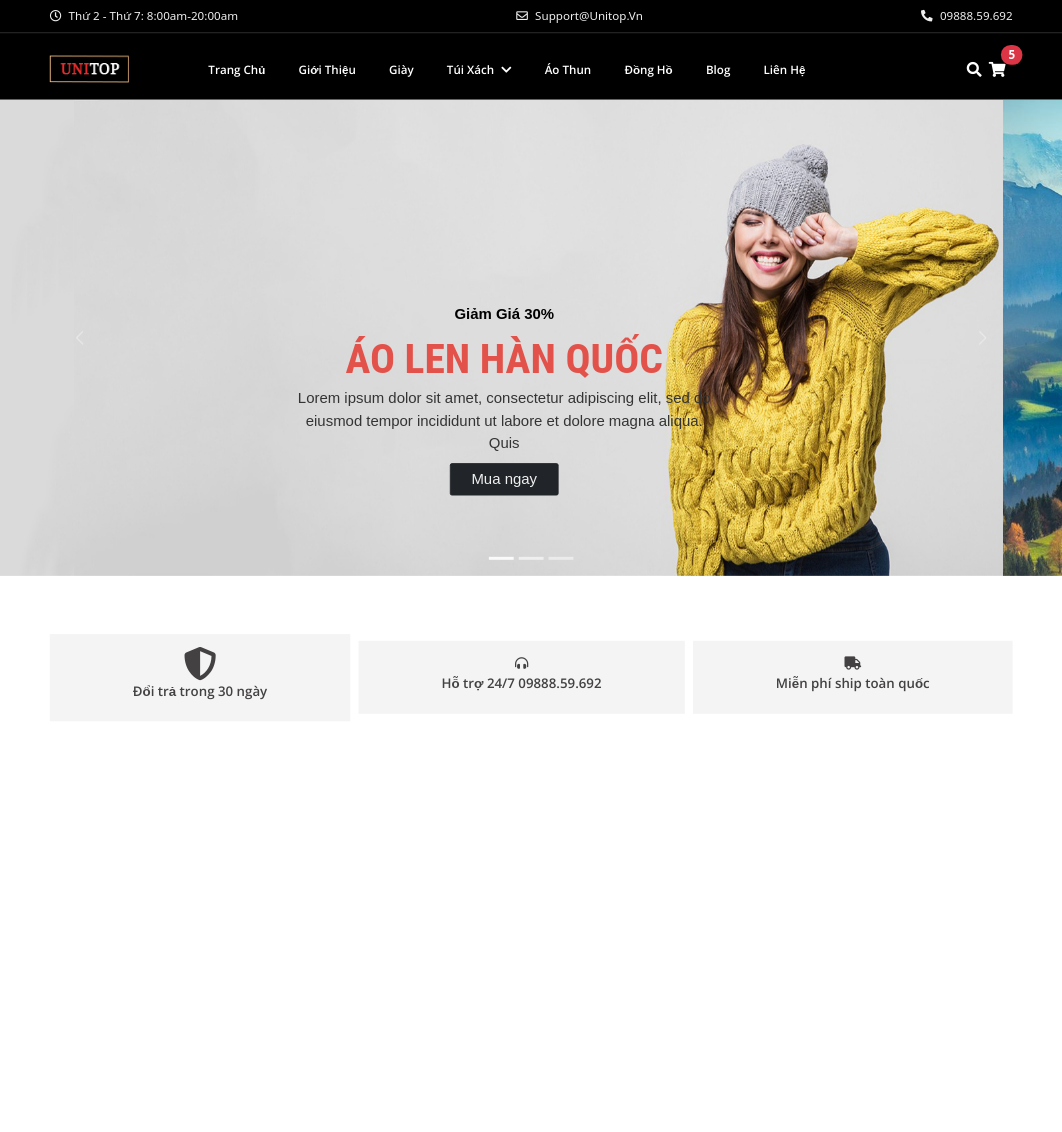
Repository: vinhtk0209/clothes-shop
Page: index.html
An editor plug-in stored every save of this project. The page is shown before and after the next save, followed by the edit.
The browser window is 1280 px wide. The pictures show the whole page, at 83% of full size.

Above is the page before, as saved 2021-10-04 17:30:01.

### index.html
<!DOCTYPE html>
<html lang="en">
  <head>
    <meta charset="UTF-8" />
    <meta http-equiv="X-UA-Compatible" content="IE=edge" />
    <meta name="viewport" content="width=device-width, initial-scale=1.0" />
    <title>UNI-SHOP</title>
    <link rel="stylesheet" href="assets/css/reset.css" />
    <link rel="stylesheet" href="assets/fontawesome/css/all.css" />
    <link rel="stylesheet" href=" assets/boostrap/css/bootstrap.min.css" />
    <link rel="preconnect" href="https://fonts.googleapis.com" />
    <link rel="preconnect" href="https://fonts.gstatic.com" crossorigin />
    <link
      href="https://fonts.googleapis.com/css2?family=Open+Sans:wght@400;600;700&display=swap"
      rel="stylesheet"
    />
    <script src="assets/js/jquery.min.js"></script>
    <link rel="stylesheet" href="assets/css/main.css" />
  </head>
  <body>
    <div id="wrapper">
      <div id="header">

          <div class="header-info">
            <div class="container-1160">
            <ul
              class="
                list-info list-unstyled
                d-flex
                justify-content-between
                align-items-center
              "
            >
              <li>
                <p class="header-descr time-contact">
                  <span class="icon-time">
                    <!-- icon time -->
                    <i class="far fa-clock"></i>
                  </span>
                  <span class="descr-time ps-2 descr"
                    >thứ 2 - thứ 7: 8:00am-20:00am</span
                  >
                </p>
              </li>
              <li>
                <p class="header-descr email-contact">
                  <span class="icon-email">
                    <!-- icon email -->
                    <i class="far fa-envelope"></i>
                  </span>
                  <span class="descr-email ps-2 descr"> support@unitop.vn </span>
                </p>
              </li>
              <li>
                <p class="header-descr phone-number">
                  <span class="icon-phone">
                    <!-- icon phone -->
                    <i class="fas fa-phone-alt"></i>
                  </span>
                  <span class="descr-phone ps-2 descr"> 09888.59.692 </span>
                </p>
              </li>
            </ul>
          </div>
          </div>
          <!-- END HEADER-INFO -->
          <div
            class="header-menu d-flex align-items-center container-1160"

          >

            <div class="header-menu-logo mr-95">
              <a href="" class="logo-link">
                <img src="assets/images/logo.png" alt="logo" />
              </a>
            </div>
            <div class="header-menu-list ">
              <ul
                class="
                  list-menu
                  d-flex

                  align-items-center list-unstyled
                "
              >
                <li>
                  <a href="" class="list-name text-decoration-none">Trang chủ</a>
                </li>
                <li>
                  <a href="" class="list-name text-decoration-none">Giới thiệu</a>
                </li>
                <li>
                  <a href="" class="list-name text-decoration-none">Giày</a>
                </li>
                <li class="position-relative list-product">
                  <a href="" class="list-name text-decoration-none "
                    >Túi xách
                    <span class="icon-arrow-down ps-2">
                      <!-- icon arrow down -->
                      <i class="fas fa-chevron-down"></i>
                    </span></a
                  >

                  <ul class="sub-menu list-unstyled position-absolute  bg-submenu ">

                    <li>
                      <a href="" class="text-decoration-none color-submenu ">
                        túi xách tay nữ
                      </a>
                    </li>
                    <li>
                      <a href="" class="text-decoration-none  color-submenu">
                        túi đeo chéo nữ
                      </a>
                    </li>
                    <li>
                      <a href="" class="text-decoration-none color-submenu">
                        túi bản to
                      </a>
                    </li>
                    <li>
                      <a href="" class="text-decoration-none color-submenu">
                        túi đeo vai
                      </a>
                    </li>
                  </ul>
                </li>
                <li>
                  <a href="" class="list-name text-decoration-none">áo thun</a>
                </li>
                <li>
                  <a href="" class="list-name text-decoration-none">đồng hồ</a>
                </li>
                <li>
                  <a href="" class="list-name text-decoration-none">blog</a>
                </li>
                <li>
                  <a href="" class="list-name text-decoration-none">liên hệ</a>
                </li>
              </ul>
            </div>
            <!-- END MENU-LIST -->
            <div
              class="
                header-menu-function
                d-flex
                justify-content-between
                align-items-center
                ms-auto
              "
            >
              <div class="icon-search text-white ">
                <span class="search fs-18">
                  <!-- icon search -->
                  <span><i class="fas fa-search"></i></span>
                </span>
              </div>
              <div class="icon-cart">
                <a
                  href=""
                  class="btn text-white position-relative"
                >
                  <span class="fs-18">
                    <!-- icon cart  -->
                    <i class="fas fa-shopping-cart"></i>
                  </span>
                  <span
                    class="
                      position-absolute
                      top-0
                      start-100
                      translate-middle
                      badge
                      rounded-pill
                      bg-danger
                      fs-14
                    "
                  >
                    5
                  </span>
                </a>
              </div>
            </div>
          </div>
          <!-- END HEADER MENU -->
        </div>
      </div>
      <div id="slide" class="slide">
        <div id="carouselExampleIndicators" class="carousel slide" data-bs-ride="carousel">
          <div class="carousel-indicators">
            <button type="button" data-bs-target="#carouselExampleIndicators" data-bs-slide-to="0" class="active bg-btn-slide" aria-current="true" aria-label="Slide 1"></button>
            <button type="button" data-bs-target="#carouselExampleIndicators" data-bs-slide-to="1" aria-label="Slide 2 "
            class="bg-btn-slide"></button>
            <button type="button" data-bs-target="#carouselExampleIndicators" data-bs-slide-to="2" aria-label="Slide 3"
            class="bg-btn-slide"></button>
          </div>
          <div class="carousel-inner">
            <div class="carousel-item active">
              <img src="assets/images/slide-1.png" class="d-block w-100" alt="...">
            </div>
            <div class="carousel-item">
              <img src="assets/images/slide-2.jpg" class="d-block w-100" alt="...">
            </div>
            <div class="carousel-item">
              <img src="assets/images/slide-3.png" class="d-block w-100" alt="...">
            </div>
          </div>
          <button class="carousel-control-prev" type="button" data-bs-target="#carouselExampleIndicators" data-bs-slide="prev">
            <span class="carousel-control-prev-icon" aria-hidden="true"></span>
            <span class="visually-hidden">Previous</span>
          </button>
          <button class="carousel-control-next" type="button" data-bs-target="#carouselExampleIndicators" data-bs-slide="next">
            <span class="carousel-control-next-icon" aria-hidden="true"></span>
            <span class="visually-hidden">Next</span>
          </button>
        </div>
        <!-- CARD INFO -->
          <div class="card-img-overlay card-descr text-center">
            <p class="discount fs-18 fw-bold color-p-card-discount">Giảm Giá 30%</p>
            <h4 class="product-name fw-bold">
              ÁO LEN HÀN QUỐC
            </h4>
            <p class="descr fs-18 color-p-card-descr fw-regular   ">
              Lorem ipsum dolor sit amet, consectetur adipiscing elit, sed do eiusmod tempor incididunt ut labore et dolore magna aliqua. Quis
            </p>
            <button type="button" class="btn btn-dark btn-buynow fs-18 text-button fw-regular pd-btn">Mua ngay</button>
          </div>
      </div>
      <!-- END SLIDE -->
      <div id="special-offer " class="special-offer pd-bottom-75" >
        <div class="container-1160 d-flex justify-content-between align-items-center text-center">
          <div class="return-time box-offer">
            <span class="icon-return-time d-block ">
              <!-- icon return  -->
              <i class="fas fa-shield-alt fs-40"></i>
            </span>
            <p class="special__offer--descr m-0 ">
              Đổi trả trong 30 ngày
            </p>
          </div>
          <!-- END RETURN TIME -->
          <div class="special__offer--support-phone box-offer">
            <span class="icon-return-time d-block ">
              <!-- icon headphone  -->
              <i class="fas fa-headphones-alt"></i>

            </span>
            <p class="special__offer--descr m-0 ">
              Hỗ trợ 24/7 09888.59.692
            </p>
          </div>
          <!-- END SUPPORT PHONE -->
          <div class="special__offer--freeship box-offer">
            <span class="icon-return-time d-block ">
              <!-- icon truck  -->
              <i class="fas fa-truck"></i>
            </span>
            <p class="special__offer--descr m-0 ">
              Miễn phí ship toàn quốc
            </p>
          </div>
          <!-- END FREESHIP -->
        </div>
      </div>
      <!-- END SPECIAL OFFER -->
      <!-- END HEADER -->
      <div id="content">

      </div>
      <!-- END CONTENT -->
      <div id="footer"></div>
      <!-- END FOOTER -->
    </div>
    <!-- END WRAPPER -->
    <script src="assets/js/bootstrap.bundle.min.js"></script>
    <script src="assets/js/popper.min.js"></script>
  </body>
</html>

### assets/css/reset.css
/*
 * Bootstrap Reboot v4.3.1 (https://getbootstrap.com/)
 * Copyright 2011-2019 The Bootstrap Authors
 * Copyright 2011-2019 Twitter, Inc.
 * Licensed under MIT (https://github.com/twbs/bootstrap/blob/master/LICENSE)
 * Forked from Normalize.css, licensed MIT (https://github.com/necolas/normalize.css/blob/master/LICENSE.md)
 */

*,
*::before,
*::after {
    box-sizing: border-box;
}

html {
    font-family: sans-serif;
    line-height: 1.15;
    -webkit-text-size-adjust: 100%;
    -webkit-tap-highlight-color: rgba(0, 0, 0, 0);
}

article,
aside,
figcaption,
figure,
footer,
header,
hgroup,
main,
nav,
section {
    display: block;
}

body {
    margin: 0;
    font-family: -apple-system, BlinkMacSystemFont, "Segoe UI", Roboto, "Helvetica Neue", Arial, "Noto Sans", sans-serif, "Apple Color Emoji", "Segoe UI Emoji", "Segoe UI Symbol", "Noto Color Emoji";
    font-size: 1rem;
    font-weight: 400;
    line-height: 1.5;
    color: #212529;
    text-align: left;
    background-color: #fff;
}

[tabindex="-1"]:focus {
    outline: 0 !important;
}

hr {
    box-sizing: content-box;
    height: 0;
    overflow: visible;
}

h1,
h2,
h3,
h4,
h5,
h6 {
    margin-top: 0;
    margin-bottom: 0.5rem;
}

p {
    margin-top: 0;
    margin-bottom: 1rem;
}

abbr[title],
abbr[data-original-title] {
    text-decoration: underline;
    -webkit-text-decoration: underline dotted;
    text-decoration: underline dotted;
    cursor: help;
    border-bottom: 0;
    -webkit-text-decoration-skip-ink: none;
    text-decoration-skip-ink: none;
}

address {
    margin-bottom: 1rem;
    font-style: normal;
    line-height: inherit;
}

ol,
ul,
dl {
    margin-top: 0;
    margin-bottom: 1rem;
}

ol ol,
ul ul,
ol ul,
ul ol {
    margin-bottom: 0;
}

dt {
    font-weight: 700;
}

dd {
    margin-bottom: .5rem;
    margin-left: 0;
}

blockquote {
    margin: 0 0 1rem;
}

b,
strong {
    font-weight: bolder;
}

small {
    font-size: 80%;
}

sub,
sup {
    position: relative;
    font-size: 75%;
    line-height: 0;
    vertical-align: baseline;
}

sub {
    bottom: -.25em;
}

sup {
    top: -.5em;
}

a {
    color: #007bff;
    text-decoration: none;
    background-color: transparent;
}

a:hover {
    color: #0056b3;
    text-decoration: underline;
}

a:not([href]):not([tabindex]) {
    color: inherit;
    text-decoration: none;
}

a:not([href]):not([tabindex]):hover,
a:not([href]):not([tabindex]):focus {
    color: inherit;
    text-decoration: none;
}

a:not([href]):not([tabindex]):focus {
    outline: 0;
}

pre,
code,
kbd,
samp {
    font-family: SFMono-Regular, Menlo, Monaco, Consolas, "Liberation Mono", "Courier New", monospace;
    font-size: 1em;
}

pre {
    margin-top: 0;
    margin-bottom: 1rem;
    overflow: auto;
}

figure {
    margin: 0 0 1rem;
}

img {
    vertical-align: middle;
    border-style: none;
}

svg {
    overflow: hidden;
    vertical-align: middle;
}

table {
    border-collapse: collapse;
}

caption {
    padding-top: 0.75rem;
    padding-bottom: 0.75rem;
    color: #6c757d;
    text-align: left;
    caption-side: bottom;
}

th {
    text-align: inherit;
}

label {
    display: inline-block;
    margin-bottom: 0.5rem;
}

button {
    border-radius: 0;
}

button:focus {
    outline: 1px dotted;
    outline: 5px auto -webkit-focus-ring-color;
}

input,
button,
select,
optgroup,
textarea {
    margin: 0;
    font-family: inherit;
    font-size: inherit;
    line-height: inherit;
}

button,
input {
    overflow: visible;
}

button,
select {
    text-transform: none;
}

select {
    word-wrap: normal;
}

button,
[type="button"],
[type="reset"],
[type="submit"] {
    -webkit-appearance: button;
}

button:not(:disabled),
[type="button"]:not(:disabled),
[type="reset"]:not(:disabled),
[type="submit"]:not(:disabled) {
    cursor: pointer;
}

button::-moz-focus-inner,
[type="button"]::-moz-focus-inner,
[type="reset"]::-moz-focus-inner,
[type="submit"]::-moz-focus-inner {
    padding: 0;
    border-style: none;
}

input[type="radio"],
input[type="checkbox"] {
    box-sizing: border-box;
    padding: 0;
}

input[type="date"],
input[type="time"],
input[type="datetime-local"],
input[type="month"] {
    -webkit-appearance: listbox;
}

textarea {
    overflow: auto;
    resize: vertical;
}

fieldset {
    min-width: 0;
    padding: 0;
    margin: 0;
    border: 0;
}

legend {
    display: block;
    width: 100%;
    max-width: 100%;
    padding: 0;
    margin-bottom: .5rem;
    font-size: 1.5rem;
    line-height: inherit;
    color: inherit;
    white-space: normal;
}

progress {
    vertical-align: baseline;
}

[type="number"]::-webkit-inner-spin-button,
[type="number"]::-webkit-outer-spin-button {
    height: auto;
}

[type="search"] {
    outline-offset: -2px;
    -webkit-appearance: none;
}

[type="search"]::-webkit-search-decoration {
    -webkit-appearance: none;
}

::-webkit-file-upload-button {
    font: inherit;
    -webkit-appearance: button;
}

output {
    display: inline-block;
}

summary {
    display: list-item;
    cursor: pointer;
}

template {
    display: none;
}

[hidden] {
    display: none !important;
}


/*# sourceMappingURL=bootstrap-reboot.css.map */

### assets/css/main.css
* {
    margin: 0;
    padding: 0;
    box-sizing: inherit;
}
html{
    font-family: 'Open Sans', sans-serif;
    font-size: 62.5%;
    line-height: 1.5;
    box-sizing: border-box;
}
.container-1160 {
    width: 1160px;
    margin:0px auto;
}
ul{
    margin: 0;
    padding: 0;
}
.mr-95{
    margin-right:95px;
}
.outline-none{
    outline: none!important;
}
.fs-14{
    font-size: 14px;
}
.fs-18{
    font-size: 18px;
}
.fs-40{
    font-size: 40px;
}
.bg-submenu{
    background-color: #f9f9f9;
}
.color-submenu{
    color: #5c5b5b ;
}
.color-p-card-discount{
    color:#000000;
}
.color-p-card-descr{
    color:#343434;
}
.text-button{
    color:#efefef;
}
.fw-regular{
    font-weight: 400;
}
.pd-btn{
    padding:5px 25px;
}
.pd-bottom-75{
    padding-bottom: 75px;
}
.bg-btn-slide:hover{
    background-color: #e2524a!important ;
}
.fw-semibold{
    font-weight: 600;
}

/* =========================== HEADER ===========================*/
#header {
    min-height: 120px;
    background-color: #000000;
    padding: 8px 0px 0px 0px;
    text-transform: capitalize;
}
.header-info{

    color:#eeeeee;
    font-weight: 400 ;
    font-size: 1.4rem;
    border-bottom:1px solid #363636;
    margin-bottom: 25px;
}

.header-menu-list ul.list-menu > li + li{
    padding-left:40px;

}
.header-menu-list ul li a.list-name{
    font-size: 1.4rem;
    color:#ffffff;
    font-weight:600 ;
    font-family: 'Open Sans', sans-serif;
    transition: all 0.5s ease-in-out;
}
.header-menu-list ul li a.list-name:hover{
    color:#e2524a ;
}
ul.list-menu li:hover>ul.sub-menu{
    opacity: 1;
    visibility: visible;
    z-index: 9999;
}
ul.sub-menu {
   /* padding:0px; */
   min-width: 200px;
   min-height: 133px;
   padding:18px 0 20px 0;
   box-sizing: border-box;
   top:50px;
   opacity: 0;
   visibility: hidden;
   transition: all 0.5s ease-in-out;

}

ul.sub-menu li{
    padding-left:25px;
    /* chinh lai padding  */
}
ul.sub-menu li a{
    font-family: 'Roboto Condensed', sans-serif;
    display: block;
    font-weight: 400;
    font-size: 1.4rem;
    margin-bottom: 10px;
    transition: all 0.5s ease-in-out;
}

ul.sub-menu li a:hover{
    color:#e2524a ;
}

/* ======================= END HEADER =======================*/

/* ======================= SLIDER =======================*/
.slide{
    /* height:700px; */
    position: relative;
    margin-bottom: 70px;
}
.card-descr{
    position: absolute;
    top:235px;
    left:340px;
    max-width:535px;
    min-height:285px;
    font-family: "Myriad Pro", sans-serif;
}

.card-descr h4.product-name{
    font-size: 5rem;
    font-family: 'Roboto Condensed', sans-serif;
    color:#e2524a;
}
/* ======================= END SLIDER =======================*/

/* ======================= SPECIAL OFFER =======================*/
.special-offer{
    height:600px;

}
.box-offer{
    background-color: #f4f4f4;
    padding:  15px  100px  25px  ;
    font-size: 1.6rem;
    color:#434141;
    font-weight: 600;
    font-family: 'Open Sans', sans-serif;
}
.box-offer:hover{
    color:#e2524a;

}

Loaded but not shown: assets/fontawesome/css/all.css (library); assets/boostrap/css/bootstrap.min.css (library); assets/js/jquery.min.js (library); assets/js/bootstrap.bundle.min.js (library); assets/js/popper.min.js (library)

After the next save:
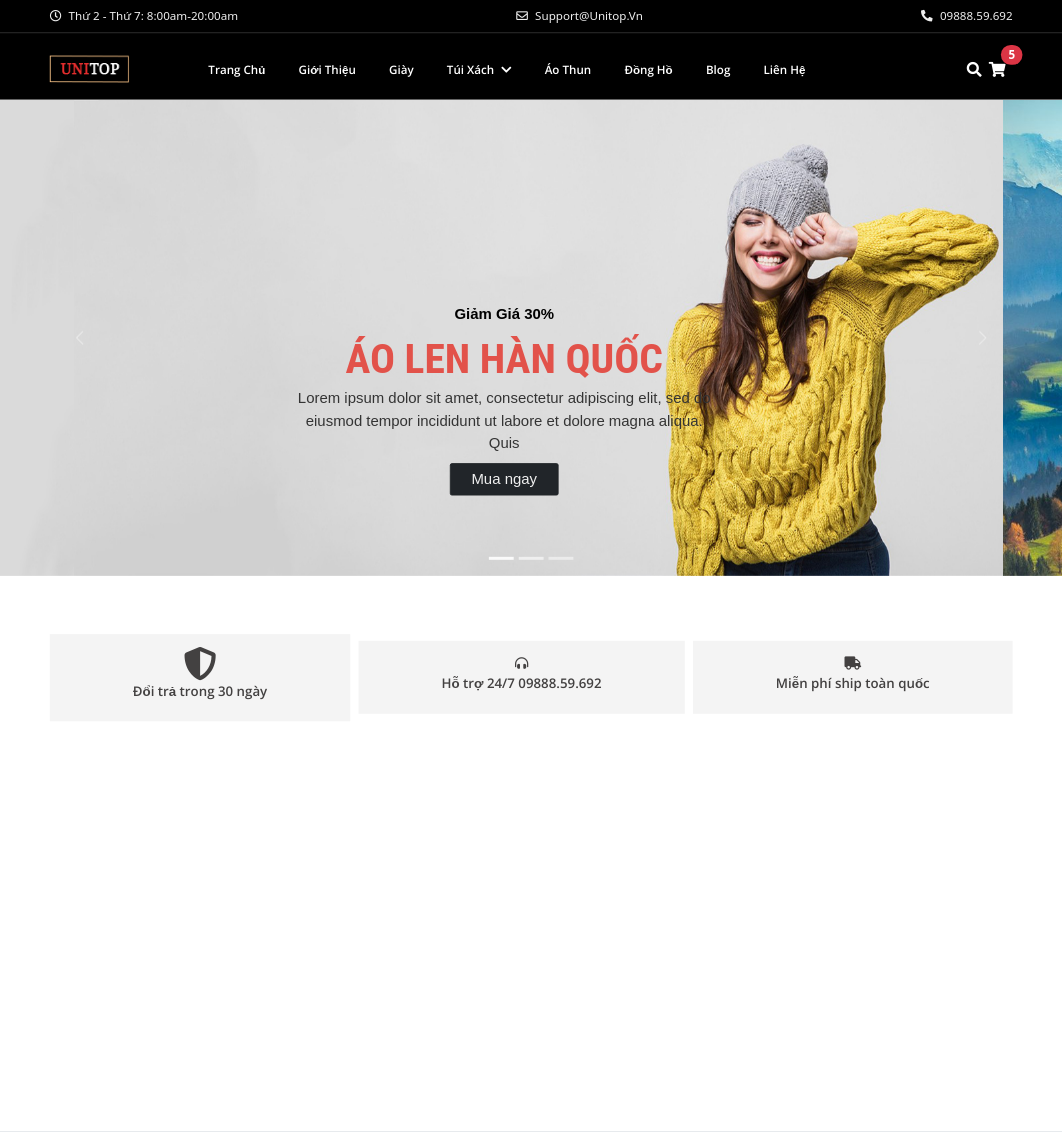
Saved 6 s later.
--- a/index.html
+++ b/index.html
@@ -227,7 +227,7 @@
           </div>
       </div>
       <!-- END SLIDE -->
-      <div id="special-offer " class="special-offer pd-bottom-75" >
+      <div id="special-offer " class="special-offer pd-bottom-75 border-bottom" >
         <div class="container-1160 d-flex justify-content-between align-items-center text-center">
           <div class="return-time box-offer">
             <span class="icon-return-time d-block ">
